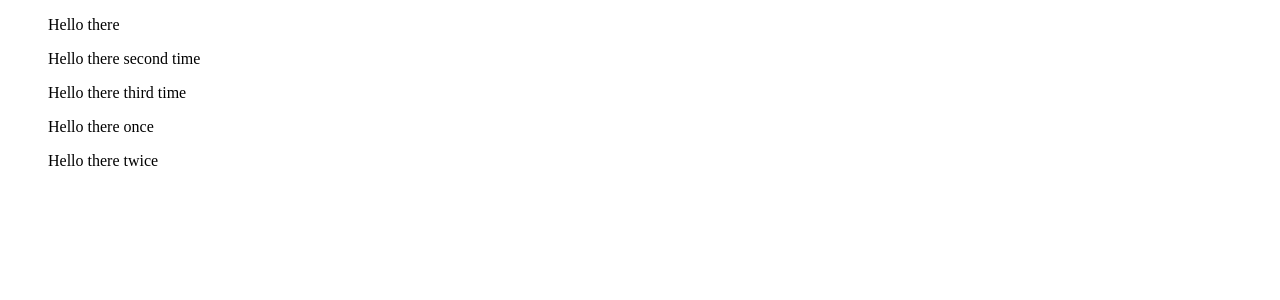
Repository: W0474997SteveArmstrong/udacity-frontenddeveloper-challenge
Page: lists.html
These files come from the project's save history. The page is drawn as it stood at one moment and after the next save; the edit follows.
The browser window is 1280 px wide. The pictures show the whole page.

Above is the page before, as saved 2023-02-06 14:03:01.

### lists.html
<!DOCTYPE html>
<html lang="en">
<head>
    <meta charset="UTF-8">
    <meta http-equiv="X-UA-Compatible" content="IE=edge">
    <meta name="viewport" content="width=device-width, initial-scale=1.0">
    <title>Document</title>
</head>
<body>
    <ol>Hello there</ol>
    <ol>Hello there second time</ol>
    <ol>Hello there third time</ol>
    <ul>Hello there once</ul>
    <ul>Hello there twice</ul>
</body>
</html>

After the next save:
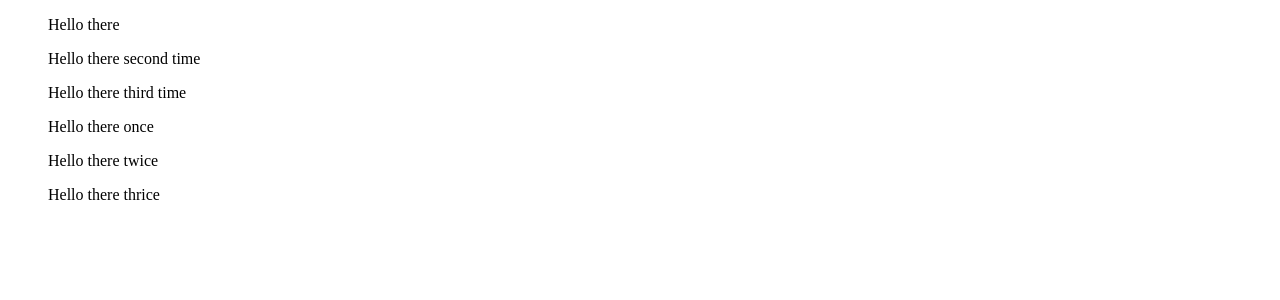
Saved 6 s later.
--- a/lists.html
+++ b/lists.html
@@ -12,5 +12,6 @@
     <ol>Hello there third time</ol>
     <ul>Hello there once</ul>
     <ul>Hello there twice</ul>
+    <ul>Hello there thrice</ul>
 </body>
 </html>
